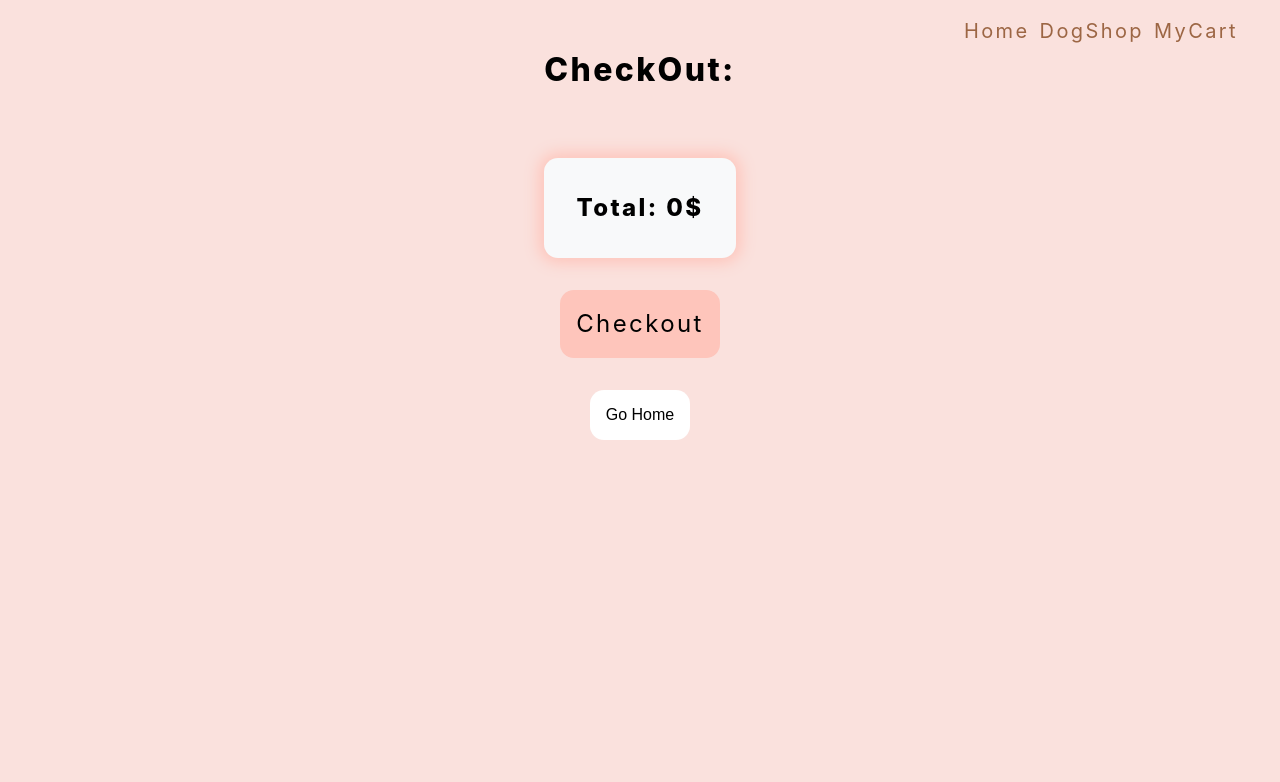
Repository: hoangbayern/dog_shop
Page: /cart (app in frontend/)
An editor plug-in stored every save of this project. The page is shown before and after the next save, followed by the edit.
The browser window is 1280 px wide. The pictures show the whole page.
The page's requests for data from a server got no answer. The project was rebuilt for these pictures with package versions that can differ from the ones it lists, and the page was loaded fresh each time. No one was signed in, and anything a server would have sent is missing. Also part of the build but not shown: frontend/src/components/Home/Home.jsx, frontend/src/components/Dogs/dogs.css, frontend/src/components/Dogs/DogsCart.jsx, frontend/src/components/Dogs/DogPage.jsx.

Above is the page before, as saved 2023-08-04 00:34:56.

### frontend/src/App.js
import "./App.css";
import { BrowserRouter, Routes, Route } from "react-router-dom";
import { Home } from "./components/Home/Home";
import { DogPage } from "./components/Dogs/DogPage";
import { MyCart } from "./components/Cart/MyCart";
import { Navbar } from "./components/Navbar/Navbar";
import { useEffect, useState } from "react";
import axios from "axios";
import { CartContext } from "./components/Contexts/CartContext";

function App() {
  const [allDogs, setAllDogs] = useState([]);
  const [myCart, addCart] = useState([]);
  const [total, setTotal] = useState(0);

  useEffect(() => {
    async function getUser() {
      try {
        const response = await axios.get("http://localhost:8080/v1/dogs");
        console.log(response);
        setAllDogs(response.data);
      } catch (error) {
        console.error(error);
      }
    }
    getUser();
  }, []);
  return (
    <>
      <CartContext.Provider value={{myCart, addCart, total, setTotal}}>
        <BrowserRouter>
          <Navbar />
          <div className="page-container">
            <Routes>
              <Route>
                <Route path="/" element={<Home />} />
                <Route path="/dogs" element={<DogPage allDogs={allDogs} />} />
                <Route path="/cart" element={<MyCart />} />
              </Route>
            </Routes>
          </div>
        </BrowserRouter>
      </CartContext.Provider>
    </>
  );
}

export default App;

### frontend/src/App.css
*,
*::before,
*::after {

  box-sizing: border-box;
  padding:0;
  margin: 0;
}

body {
  background-color: #fae1dd;
  min-height: 100vh;
  scroll-behavior: smooth;
  text-rendering: optimizeSpeed;
  line-height: 1.5;
  padding:1rem 2rem 1rem 2rem;
  font-size:1.25rem;
  letter-spacing: 0.15rem;
  font-family: 'Inter', sans-serif;
}

.page-container{
  display:flex;
  justify-content:center;
  height: 100vh;
}

### frontend/src/components/Cart/MyCart.jsx
import React, { useContext } from "react";
import { CartContext } from "../Contexts/CartContext";
import "./cart.css";

export const MyCart = () => {
  const { myCart } = useContext(CartContext);
  const { total } = useContext(CartContext);
  return (
    <>
      <section className="cart-container">
        <div className="cart-header">CheckOut:</div>
        <div className="cart-items">
          {myCart.map((item) => {
            return (
              <div className="cart-items">
                <img src={item.image} className="cart-item-img" alt="" />
                <span>{item.name}: {item.price}$</span>
              </div>
            );
          })}
          <div className="cart-total"> Total: {total}$ </div>
        </div>
        <div className="cart-checkout">Checkout</div>
        <button className="cart-gohome">Go Home</button>
      </section>
    </>
  );
};

### frontend/src/components/Navbar/Navbar.jsx
import React from 'react'
import { Link } from 'react-router-dom'
import "./narbar.css";

export const Navbar = () => {
  return (
    <>
        <div className='navbar'>
            <Link to='/'> Home </Link>
            <Link to='/dogs'> DogShop </Link>
            <Link to='/cart'> MyCart </Link>
        </div>
    </>
  )
}

### frontend/src/components/Contexts/CartContext.js
import { createContext } from "react";

export const CartContext = createContext([{}]);

### frontend/src/components/Cart/cart.css
.cart-container {
    display: flex;
    flex-direction: column;
    align-items: center;
  }
  .cart-items {
    text-align: center;
    margin-top: 4rem;
    background-color: #f8f9fa;
    box-shadow: 0px 0px 15px 5px #fec5bb;
    border-radius: 14px;
    font-size: 1.5rem;
    padding: 2rem;
  }
  .cart-item {
    display: flex;
    align-items: center;
    margin-bottom: 3rem;
  }
  .cart-header {
    font-size: 2rem;
    font-weight: 800;
  }
  .cart-item-img {
    border-radius: 50%;
    object-fit: cover;
    width: 70px;
    height: 70px;
    margin: 0rem 2rem 0 0;
  }

  .cart-total {
    font-weight: 800;
  }
  .cart-checkout {
    border: none;
    background-color: #fec5bb;
    border-radius: 14px;
    padding: 1rem;
    margin-top: 2rem;
    cursor: pointer;
    font-size: 1.5rem;
    transition:200ms ease-in-out;
  }
  .cart-checkout:hover, .cart-gohome:hover{
    background-color: #ff8fa3;
  }

  .cart-gohome {
    border: none;
    background-color: white;
    border-radius: 14px;
    padding: 1rem;
    margin-top: 2rem;
    cursor: pointer;
    font-size: 1rem;
    transition:200ms ease-in-out;
  }

### frontend/src/components/Navbar/narbar.css
.navbar {
    display: flex;
    justify-content: end;
    flex-direction: row;
}
.navbar > * {
    padding-right: 10px;
    text-decoration: none;
    color: #9c6644;
}
.navbar > *:hover {
    color: #e76f51;
}

Loaded but not shown: frontend/src/index.js (common file)

After the next save:
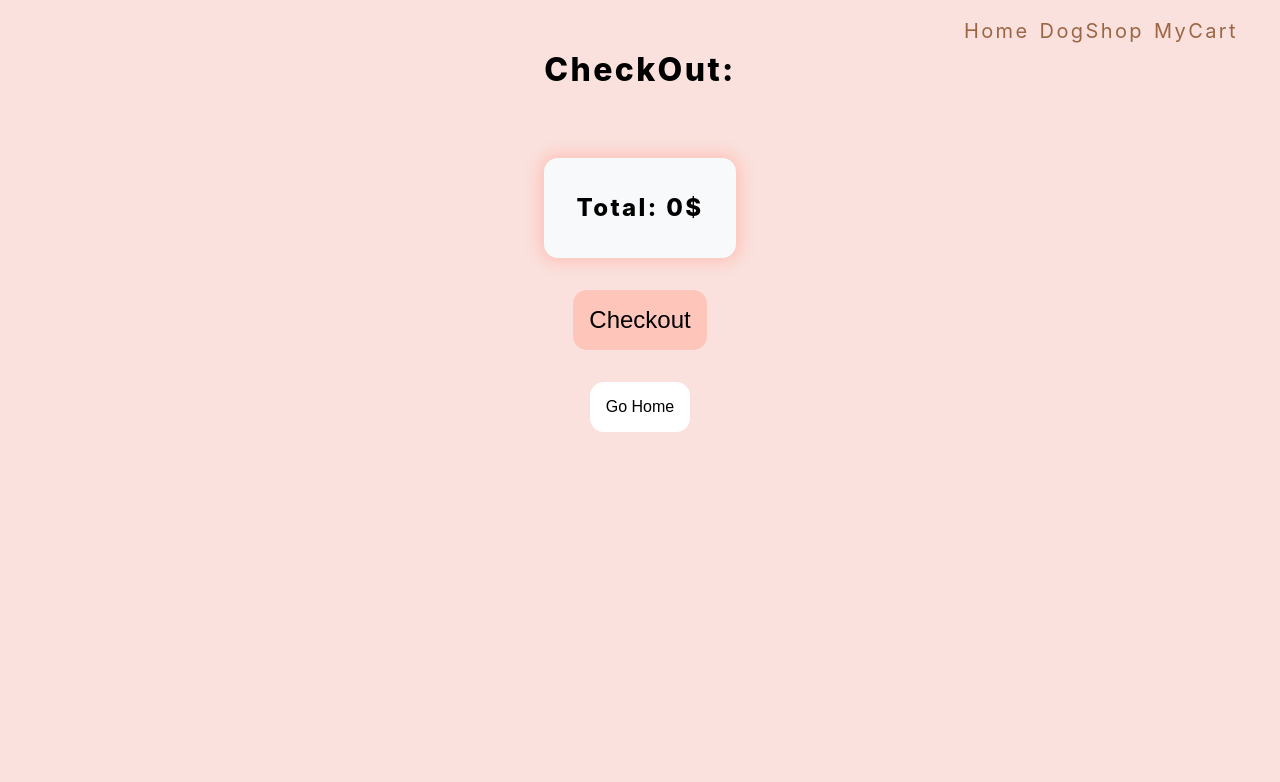
Saved 9 s later.
--- a/frontend/src/components/Cart/MyCart.jsx
+++ b/frontend/src/components/Cart/MyCart.jsx
@@ -20,7 +20,7 @@ export const MyCart = () => {
           })}
           <div className="cart-total"> Total: {total}$ </div>
         </div>
-        <div className="cart-checkout">Checkout</div>
+        <button className="cart-checkout">Checkout</button>
         <button className="cart-gohome">Go Home</button>
       </section>
     </>
